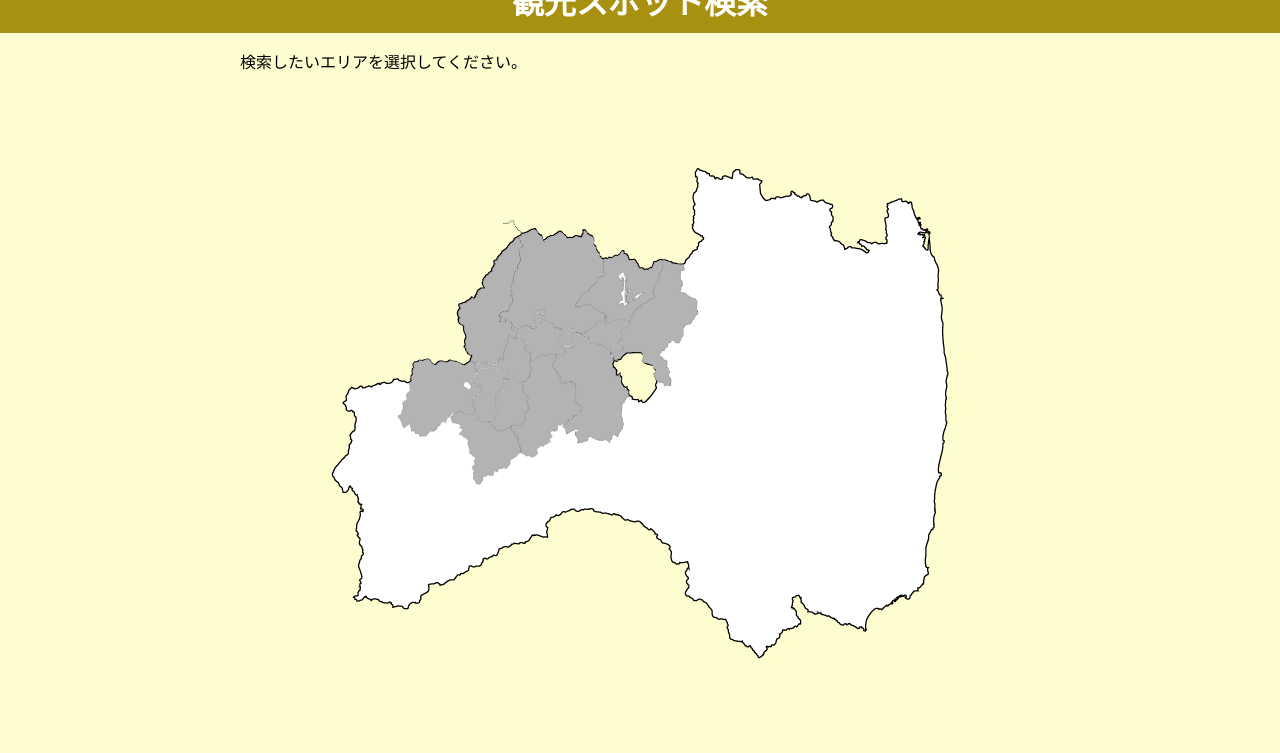
Repository: ryoutana/tanaryou.github.io
Page: Downloads/project/index.html
An editor plug-in stored every save of this project. The page is shown before and after the next save, followed by the edit.
The browser window is 1280 px wide. The pictures show the whole page.

Above is the page before, as saved 2025-04-29 15:17:29.

After the next save:
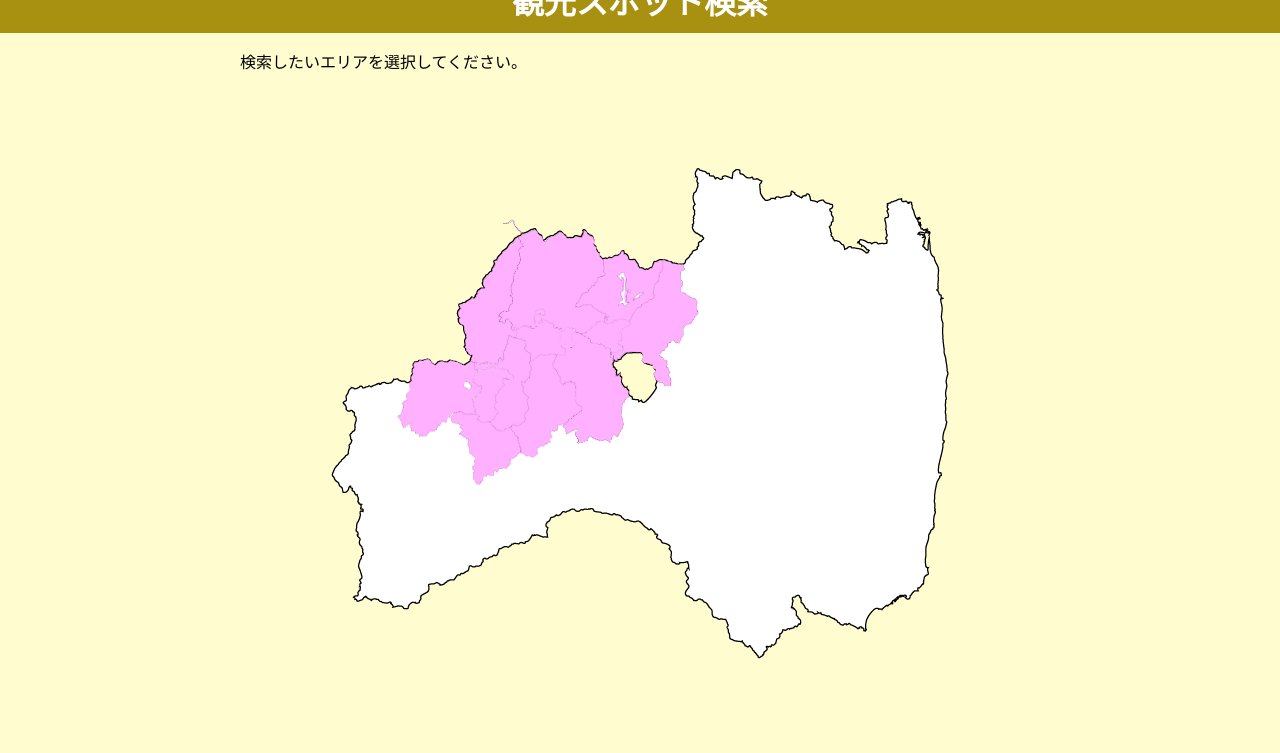
Saved 2 min 4 s later.
--- a/Downloads/project/script.js
+++ b/Downloads/project/script.js
@@ -38,34 +38,34 @@
         img.style.left = `${(spot.x / 800) * mapWidth}px`; // x座標を地図のサイズに比例させる
         img.style.top = `${(spot.y / 800) * mapHeight}px`; // y座標を地図のサイズに比例させる
         img.classList.add('spot-image');
-        img.style.filter = 'brightness(0.9) saturate(0)'; // デフォルトの薄い灰色
+        img.style.filter = 'hue-rotate(0deg)'; // デフォルトの色相
         img.style.zIndex = spot.zIndex; // 個別に指定された優先順位を適用
 
         // カーソルが乗ったときの色変更
         img.addEventListener('mouseover', () => {
             if (img.classList.contains('active')) {
-                img.style.filter = 'brightness(1.5) hue-rotate(240deg)'; // 青色にする
+                img.style.filter = 'hue-rotate(240deg)'; // 青色にする
             } else {
-                img.style.filter = 'brightness(1.2) hue-rotate(90deg)'; // 黄緑にする
+                img.style.filter = 'hue-rotate(90deg)'; // 黄緑にする
             }
         });
 
         img.addEventListener('mouseout', () => {
             if (img.classList.contains('active')) {
-                img.style.filter = 'brightness(1) hue-rotate(120deg)'; // 緑に戻す
+                img.style.filter = 'hue-rotate(120deg)'; // 緑に戻す
             } else {
-                img.style.filter = 'brightness(0.9) saturate(0)'; // 元の薄い灰色に戻す
+                img.style.filter = 'hue-rotate(0deg)'; // 元の色相に戻す
             }
         });
 
         // クリックイベントを設定
         img.addEventListener('click', () => {
             if (img.classList.contains('active')) {
-                img.classList.remove('active'); // 緑から灰色に戻す
-                img.style.filter = 'brightness(0.9) saturate(0)'; // 元の薄い灰色に戻す
+                img.classList.remove('active'); // 緑から元の色相に戻す
+                img.style.filter = 'hue-rotate(0deg)'; // 元の色相に戻す
             } else {
                 img.classList.add('active'); // 緑にする
-                img.style.filter = 'brightness(1) hue-rotate(120deg)'; // 緑にする
+                img.style.filter = 'hue-rotate(120deg)'; // 緑にする
             }
         });
 

After the save that followed:
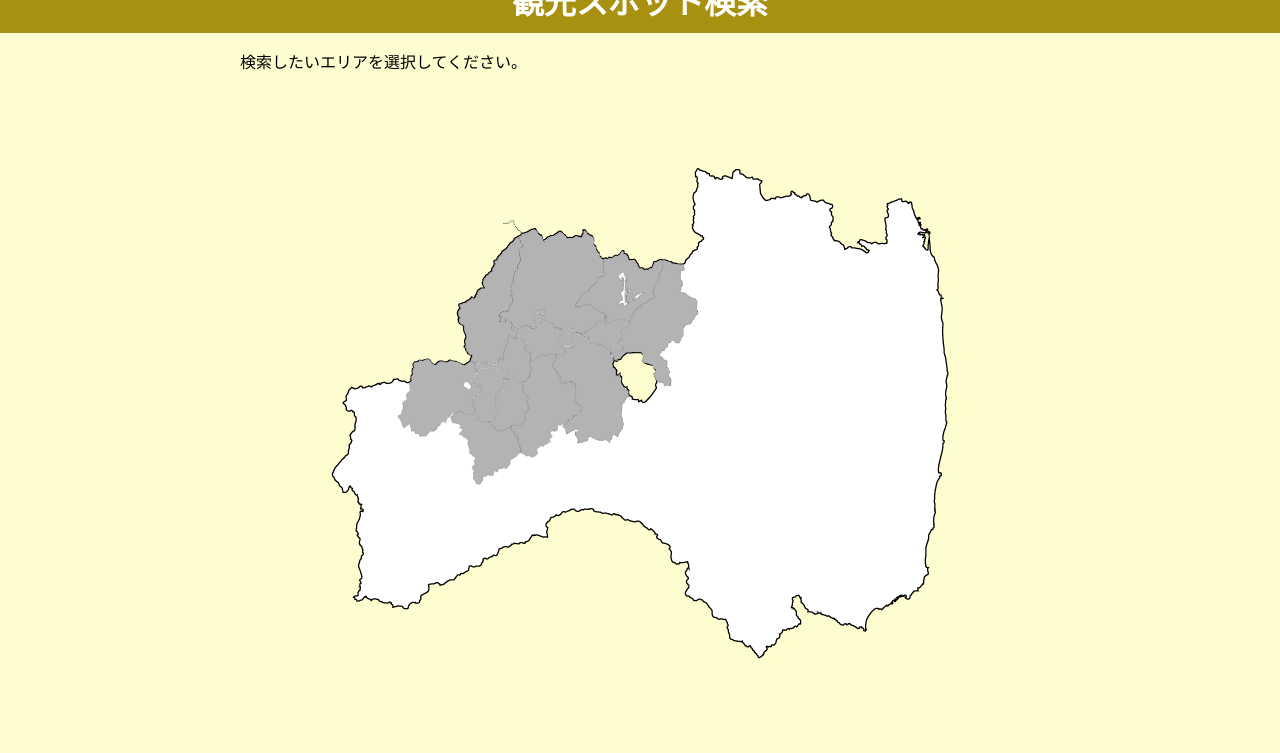
Saved 82 s later.
--- a/Downloads/project/script.js
+++ b/Downloads/project/script.js
@@ -38,7 +38,7 @@
         img.style.left = `${(spot.x / 800) * mapWidth}px`; // x座標を地図のサイズに比例させる
         img.style.top = `${(spot.y / 800) * mapHeight}px`; // y座標を地図のサイズに比例させる
         img.classList.add('spot-image');
-        img.style.filter = 'hue-rotate(0deg)'; // デフォルトの色相
+        img.style.filter = 'brightness(0.9) saturate(0)'; // デフォルトの薄い灰色
         img.style.zIndex = spot.zIndex; // 個別に指定された優先順位を適用
 
         // カーソルが乗ったときの色変更
@@ -54,15 +54,15 @@
             if (img.classList.contains('active')) {
                 img.style.filter = 'hue-rotate(120deg)'; // 緑に戻す
             } else {
-                img.style.filter = 'hue-rotate(0deg)'; // 元の色相に戻す
+                img.style.filter = 'brightness(0.9) saturate(0)'; // 元の薄い灰色に戻す
             }
         });
 
         // クリックイベントを設定
         img.addEventListener('click', () => {
             if (img.classList.contains('active')) {
-                img.classList.remove('active'); // 緑から元の色相に戻す
-                img.style.filter = 'hue-rotate(0deg)'; // 元の色相に戻す
+                img.classList.remove('active'); // 緑から元の薄い灰色に戻す
+                img.style.filter = 'brightness(0.9) saturate(0)'; // 元の薄い灰色に戻す
             } else {
                 img.classList.add('active'); // 緑にする
                 img.style.filter = 'hue-rotate(120deg)'; // 緑にする
